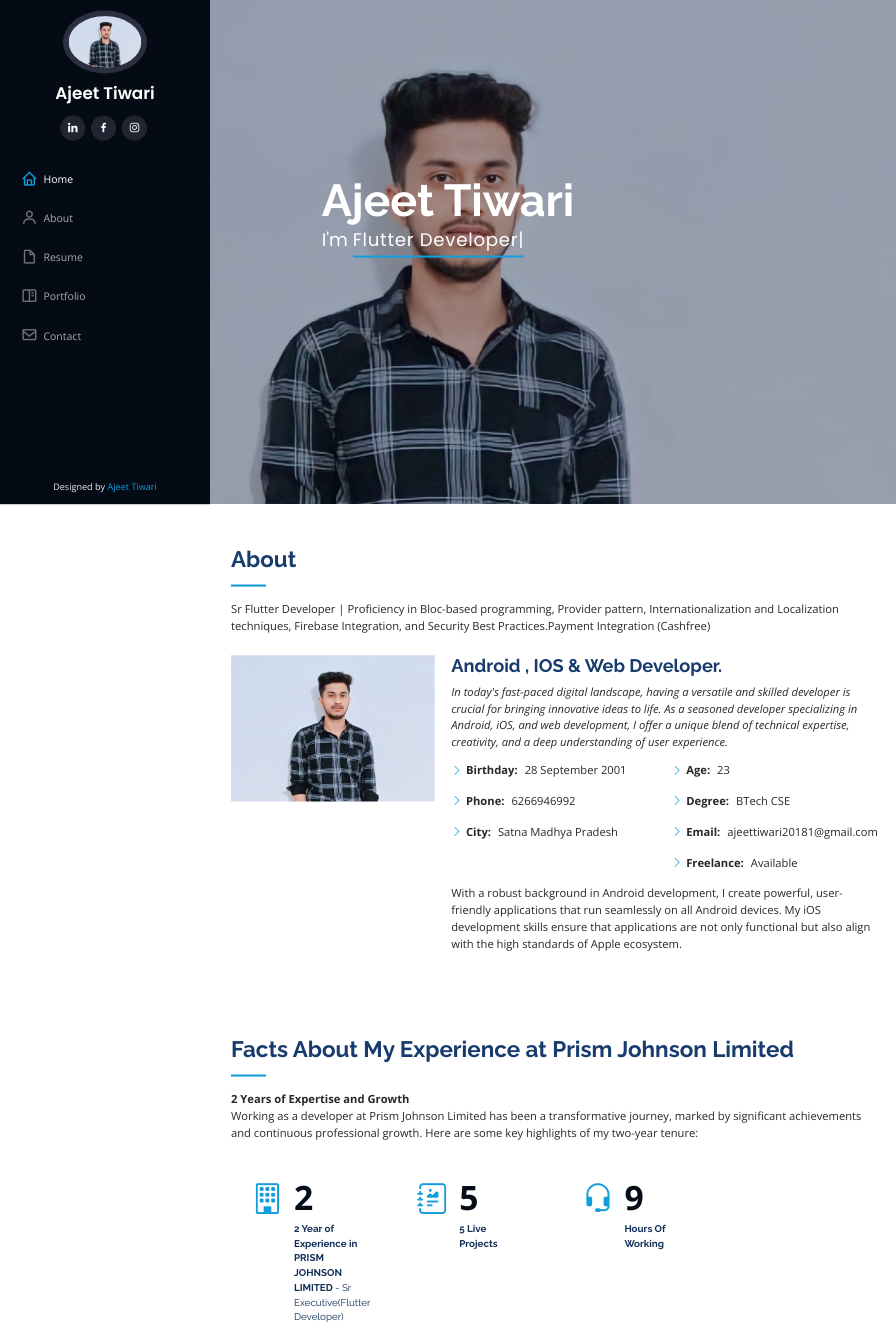
Repository: ajeettiwari-2809/iPortfolio
Page: index.html
An editor plug-in stored every save of this project. The page is shown before and after the next save, followed by the edit.
The browser window is 1280 px wide. The pictures show the part of the page from y = 0 to 1920 px (the page is 5395 px tall), at 70% of full size.
A picture or video elsewhere on the page could not be fetched, so the positions and the page height are approximate. Backgrounds fixed to the window are drawn as part of the page.

Above is the page before, as saved 2024-06-05 15:17:03.

### index.html
<!DOCTYPE html>
<html lang="en">

<head>
  <meta charset="utf-8">
  <meta content="width=device-width, initial-scale=1.0" name="viewport">

  <title>myportfolio</title>
  <meta content="" name="description">
  <meta content="" name="keywords">

  <!-- Favicons -->


  <!-- Google Fonts -->
  <link href="https://fonts.googleapis.com/css?family=Open+Sans:300,300i,400,400i,600,600i,700,700i|Raleway:300,300i,400,400i,500,500i,600,600i,700,700i|Poppins:300,300i,400,400i,500,500i,600,600i,700,700i" rel="stylesheet">

  <!-- Vendor CSS Files -->
  <link href="assets/vendor/aos/aos.css" rel="stylesheet">
  <link href="assets/vendor/bootstrap/css/bootstrap.min.css" rel="stylesheet">
  <link href="assets/vendor/bootstrap-icons/bootstrap-icons.css" rel="stylesheet">
  <link href="assets/vendor/boxicons/css/boxicons.min.css" rel="stylesheet">
  <link href="assets/vendor/glightbox/css/glightbox.min.css" rel="stylesheet">
  <link href="assets/vendor/swiper/swiper-bundle.min.css" rel="stylesheet">

  <!-- Template Main CSS File -->
  <link href="assets/css/style.css" rel="stylesheet">

  <!-- =======================================================
  * Template Name: iPortfolio
  * Template URL: https://bootstrapmade.com/iportfolio-bootstrap-portfolio-websites-template/
  * Updated: Mar 17 2024 with Bootstrap v5.3.3
  * Author: BootstrapMade.com
  * License: https://bootstrapmade.com/license/
  ======================================================== -->
</head>

<body>

  <!-- ======= Mobile nav toggle button ======= -->
  <i class="bi bi-list mobile-nav-toggle d-xl-none"></i>

  <!-- ======= Header ======= -->
  <header id="header">
    <div class="d-flex flex-column">

      <div class="profile">
        <img src="assets/img/ajeetimage.png" alt="" class="img-fluid rounded-circle">
        <h1 class="text-light"><a href="index.html">Ajeet Tiwari</a></h1>
        <div class="social-links mt-3 text-center">
          <a href="https://www.linkedin.com/in/ajeet-tiwari-01905920b?utm_source=share&utm_campaign=share_via&utm_content=profile&utm_medium=ios_app" class="linkedin"><i class="bx bxl-linkedin"></i></a>
          <a href="https://www.facebook.com/share/cY1Q29HqS226Du95/?mibextid=LQQJ4d" class="facebook"><i class="bx bxl-facebook"></i></a>
          <a href="https://www.instagram.com/ajeettiwari____?igsh=a3J4eXc4cG4yYWhu&utm_source=qr" class="instagram"><i class="bx bxl-instagram"></i></a>




        </div>
      </div>

      <nav id="navbar" class="nav-menu navbar">
        <ul>
          <li><a href="#hero" class="nav-link scrollto active"><i class="bx bx-home"></i> <span>Home</span></a></li>
          <li><a href="#about" class="nav-link scrollto"><i class="bx bx-user"></i> <span>About</span></a></li>
          <li><a href="#resume" class="nav-link scrollto"><i class="bx bx-file-blank"></i> <span>Resume</span></a></li>
          <li><a href="#portfolio" class="nav-link scrollto"><i class="bx bx-book-content"></i> <span>Portfolio</span></a></li>
          <!-- <li><a href="#services" class="nav-link scrollto"><i class="bx bx-server"></i> <span>Services</span></a></li> -->
          <li><a href="#contact" class="nav-link scrollto"><i class="bx bx-envelope"></i> <span>Contact</span></a></li>
        </ul>
      </nav><!-- .nav-menu -->
    </div>
  </header><!-- End Header -->

  <!-- ======= Hero Section ======= -->
  <section id="hero" class="d-flex flex-column justify-content-center align-items-center" style="background-image: url(assets/img/ajeetimage.png);">
    <div class="hero-container" data-aos="fade-in">
      <h1>Ajeet Tiwari</h1>
      <p>I'm <span class="typed" data-typed-items="Sr. Executive, Flutter Developer, Freelancer, Web Developer"></span></p>
    </div>
    <p></p>
  </section><!-- End Hero -->

  <main id="main">

    <!-- ======= About Section ======= -->
    <section id="about" class="about">
      <div class="container">

        <div class="section-title">
          <h2>About</h2>
          <p>Sr Flutter Developer | Proficiency in Bloc-based programming, Provider pattern, Internationalization and Localization techniques, Firebase Integration, and Security Best Practices.Payment Integration (Cashfree)</p>
        </div>

        <div class="row">
          <div class="col-lg-4" data-aos="fade-right">
            <img src="assets/img/ajeetimage.png" class="img-fluid" alt="">
          </div>
          <div class="col-lg-8 pt-4 pt-lg-0 content" data-aos="fade-left">
            <h3>Android , IOS &amp; Web Developer.</h3>
            <p class="fst-italic">
              In today's fast-paced digital landscape, having a versatile and skilled developer is crucial for bringing innovative ideas to life. As a seasoned developer specializing in Android, iOS, and web development, I offer a unique blend of technical expertise, creativity, and a deep understanding of user experience.
            </p>
            <div class="row">
              <div class="col-lg-6">
                <ul>
                  <li><i class="bi bi-chevron-right"></i> <strong>Birthday:</strong> <span>28 September 2001</span></li>

                  <li><i class="bi bi-chevron-right"></i> <strong>Phone:</strong> <span>6266946992</span></li>
                  <li><i class="bi bi-chevron-right"></i> <strong>City:</strong> <span>Satna Madhya Pradesh</span></li>
                </ul>
              </div>
              <div class="col-lg-6">
                <ul>
                  <li><i class="bi bi-chevron-right"></i> <strong>Age:</strong> <span>23</span></li>
                  <li><i class="bi bi-chevron-right"></i> <strong>Degree:</strong> <span>BTech CSE</span></li>
                  <li><i class="bi bi-chevron-right"></i> <strong>Email:</strong> <span>ajeettiwari20181@gmail.com</span></li>
                  <li><i class="bi bi-chevron-right"></i> <strong>Freelance:</strong> <span>Available</span></li>
                </ul>
              </div>
            </div>
            <p>
              With a robust background in Android development, I create powerful, user-friendly applications that run seamlessly on all Android devices.

            My iOS development skills ensure that applications are not only functional but also align with the high standards of Apple ecosystem.
            </p>
          </div>
        </div>

      </div>
    </section><!-- End About Section -->

    <!-- ======= Facts Section ======= -->
    <section id="facts" class="facts">
      <div class="container">

        <div class="section-title">
          <h2>Facts About My Experience at Prism Johnson Limited
          </h2>
          <b>2 Years of Expertise and Growth</b>
          <p>Working as a developer at Prism Johnson Limited has been a transformative journey, marked by significant achievements and continuous professional growth. Here are some key highlights of my two-year tenure:</p>
        </div>

        <div class="row no-gutters">

          <div class="col-lg-3 col-md-6 d-md-flex align-items-md-stretch" data-aos="fade-up">
            <div class="count-box">
              <i class="bi bi-building"></i>
 <span data-purecounter-start="0" data-purecounter-end="2 " data-purecounter-duration="1" class="purecounter"></span>
              <p><strong>2 Year of Experience in PRISM JOHNSON LIMITED</strong>  - Sr Executive(Flutter Developer)</p>
            </div>
          </div>

          <div class="col-lg-3 col-md-6 d-md-flex align-items-md-stretch" data-aos="fade-up" data-aos-delay="100">
            <div class="count-box">
              <i class="bi bi-journal-richtext"></i>
              <span data-purecounter-start="0" data-purecounter-end="5" data-purecounter-duration="1" class="purecounter"></span>
              <p><strong>5 Live  Projects</strong></p>
            </div>
          </div>

          <div class="col-lg-3 col-md-6 d-md-flex align-items-md-stretch" data-aos="fade-up" data-aos-delay="200">
            <div class="count-box">
              <i class="bi bi-headset"></i>
              <span data-purecounter-start="0" data-purecounter-end="9" data-purecounter-duration="1" class="purecounter"></span>
              <p><strong>Hours Of Working</strong> </p>
            </div>
          </div>



        </div>

      </div>
    </section><!-- End Facts Section -->

    <!-- ======= Skills Section ======= -->
    <section id="skills" class="skills section-bg">
      <div class="container">

        <div class="section-title">
          <h2>Comprehensive Skill Set: Your Go-To Developer for Android, iOS, and Web Solutions</h2>
          <b>Mastering the Art of Development</b>
          <p>In the dynamic field of technology, having a diverse and robust skill set is essential to stay ahead of the curve. With a solid foundation and continuous learning, I have developed a comprehensive range of skills across Android, iOS, and web development. Here’s a detailed look at my key competencies:</p>
        </div>

        <div class="row skills-content">

          <div class="col-lg-6" data-aos="fade-up">

            <div class="progress">
              <span class="skill">FLUTTER & DART   <i class="val">100%</i></span>
              <div class="progress-bar-wrap">
                <div class="progress-bar" role="progressbar" aria-valuenow="100" aria-valuemin="0" aria-valuemax="100"></div>
              </div>
            </div>

            <div class="progress">
              <span class="skill">HTML & CSS <i class="val">95%</i></span>
              <div class="progress-bar-wrap">
                <div class="progress-bar" role="progressbar" aria-valuenow="90" aria-valuemin="0" aria-valuemax="100"></div>
              </div>
            </div>

            <div class="progress">
              <span class="skill">Java<i class="val">70%</i></span>
              <div class="progress-bar-wrap">
                <div class="progress-bar" role="progressbar" aria-valuenow="75" aria-valuemin="0" aria-valuemax="100"></div>
              </div>
            </div>

          </div>

          <div class="col-lg-6" data-aos="fade-up" data-aos-delay="100">

            <div class="progress">
              <span class="skill">ANGULAR <i class="val">90%</i></span>
              <div class="progress-bar-wrap">
                <div class="progress-bar" role="progressbar" aria-valuenow="80" aria-valuemin="0" aria-valuemax="100"></div>
              </div>
            </div>

            <div class="progress">
              <span class="skill">DATA STRUCTURE & ALGORITHAM<i class="val">50%</i></span>
              <div class="progress-bar-wrap">
                <div class="progress-bar" role="progressbar" aria-valuenow="90" aria-valuemin="0" aria-valuemax="100"></div>
              </div>
            </div>



          </div>

        </div>

      </div>
    </section><!-- End Skills Section -->

   <!-- REsume section -->

    <section id="resume" class="resume">
      <div class="container">

        <div class="section-title">
          <h2>Resume</h2>
          <p>Versatile Android, iOS, and Web Developer with Proven Track Record in Delivering High-Quality Projects On Time.</p>
        </div>

        <div class="row">
          <div class="col-lg-12" data-aos="fade-up">
            <iframe src="assets/resume.pdf" width="100%" height="600px" style="border: none;"></iframe>
          </div>
        </div>

      </div>
    </section>


    <!-- ======= Portfolio Section ======= -->
    <section id="portfolio" class="portfolio section-bg">
      <div class="container">

        <div class="section-title">
          <h2>My Portfolio: Showcasing Innovation and Excellence in Android, iOS, and Web Development</h2>
          <p>As a dedicated developer with a passion for creating seamless and impactful digital experiences, my portfolio is a testament to my skills, creativity, and commitment to excellence. Here, you'll find a selection of my most significant projects, each highlighting my expertise in Android, iOS, and web development.</p>
        </div>

        <div class="row" data-aos="fade-up">
          <div class="col-lg-12 d-flex justify-content-center">
            <ul id="portfolio-flters">
              <li data-filter="*" class="filter-active">All</li>
              <li data-filter=".filter-app">App</li>

              <li data-filter=".filter-web">Web</li>
            </ul>
          </div>
        </div>

        <div class="row portfolio-container" data-aos="fade-up" data-aos-delay="100">

          <div class="col-lg-4 col-md-6 portfolio-item filter-app">
            <div class="portfolio-wrap"  style="height: 300px;">
              <img src="https://encrypted-tbn0.gstatic.com/images?q=tbn:ANd9GcQEhpZyL2tw1JmrYVNpmJJKZMkWOTEFITJp1g&s" class="img-fluid" alt="">
              <div class="portfolio-links">
                <a href="https://play.google.com/store/search?q=prism%20aspire&c=apps&hl=en-IN"  title="Prism Aspire"><i class="bx bxl-android"></i>
                </a>
                <a href="aspire.html" title="More Details"><i class="bx bx-link"></i></a>
              </div>
            </div>
          </div>

          <div class="col-lg-4 col-md-6 portfolio-item filter-app">
            <div class="portfolio-wrap"  style="height: 300px;">
              <img src="assets/img/insapp.png" class="img-fluid" alt="">
              <div class="portfolio-links">
                <a href="https://play.google.com/store/apps/details?id=com.seva.indica&hl=en-IN"  title="Indica Labs"><i class="bx bxl-android"></i>
                </a>
                <a href="" title="More Details"><i class="bx bx-link"></i></a>
              </div>
            </div>
          </div>

          <div class="col-lg-4 col-md-6 portfolio-item filter-web">
            <div class="portfolio-wrap">
              <img src="assets/img/aspireweb.png" class="img-fluid" alt="">
              <div class="portfolio-links">
                <a href="https://aspire.prismcement.com/" title="Web 3"><i class="bx bx-plus"></i></a>
                <a href="aspireweb.html" title="More Details"><i class="bx bx-link"></i></a>
              </div>
            </div>
          </div>





          <div class="col-lg-4 col-md-6 portfolio-item filter-web">
            <div class="portfolio-wrap">
              <img src="assets/img/aspireweb1.png"class="img-fluid" alt="">
              <div class="portfolio-links">
                <a href="https://asms.prismcement.com/" title="Web 2"><i class="bx bx-plus"></i></a>
                <a href="asms.html" title="More Details"><i class="bx bx-link"></i></a>
              </div>
            </div>
          </div>







          <div class="col-lg-4 col-md-6 portfolio-item filter-web">
            <div class="portfolio-wrap">
              <img src="assets/img/indweb.png" class="img-fluid" alt="">
              <div class="portfolio-links">
                <a href="https://www.indicalabs.in/"  title="Web 3"><i class="bx bx-plus"></i></a>
                <a href="" title="More Details"><i class="bx bx-link"></i></a>
              </div>
            </div>
          </div>

        </div>

      </div>
    </section><!-- End Portfolio Section -->

    <!-- ======= Services Section ======= -->

    <!-- ======= Testimonials Section ======= -->


    <!-- ======= Contact Section ======= -->
    <section id="contact" class="contact">
      <div class="container">

        <div class="section-title">
          <h2>Contact Details</h2>
          <p>Having clear and accessible contact details is essential for any business or organization. It facilitates communication between the business and its customers, partners, or any interested parties.</p>
        </div>

        <div class="row" data-aos="fade-in">

          <div class="col-lg-5 d-flex align-items-stretch">
            <div class="info">
              <div class="address">
                <i class="bi bi-geo-alt"></i>
                <h4>Location:</h4>
                <p>SATNA MADHYA PRADESH , north pateri (near VITS Collage)</p>
              </div>

              <div class="email">
                <i class="bi bi-envelope"></i>
                <h4>Email:</h4>
                <p>ajeettiwari20181@gmail.com</p>
              </div>

              <div class="phone">
                <i class="bi bi-phone"></i>
                <h4>Call:</h4>
                <p>6266946992</p>
              </div>

              <iframe
              src="https://www.google.com/maps/embed?pb=!1m18!1m12!1m3!1d3650.9641726063856!2d80.8057675!3d24.580446!2m3!1f0!2f0!3f0!3m2!1i1024!2i768!4f13.1!3m3!1m2!1s0x3983807ecde0a2d7%3A0x99a9d33eb61fc70d!2sNorth+Pateri%2C+Satna%2C+Madhya+Pradesh+485001!5e0!3m2!1sen!2sin!4v1624269371519!5m2!1sen!2sin"
              width="600"
              height="450"
              style="border:0;"
              allowfullscreen=""
              loading="lazy"
            ></iframe>
            </div>

          </div>



        </div>

      </div>
    </section><!-- End Contact Section -->

  </main><!-- End #main -->

  <!-- ======= Footer ======= -->
  <footer id="footer">
    <div class="container">

      <div class="credits">
        <!-- All the links in the footer should remain intact. -->
        <!-- You can delete the links only if you purchased the pro version. -->
        <!-- Licensing information: https://bootstrapmade.com/license/ -->
        <!-- Purchase the pro version with working PHP/AJAX contact form: https://bootstrapmade.com/iportfolio-bootstrap-portfolio-websites-template/ -->
        Designed by <a href="">Ajeet Tiwari</a>
      </div>
    </div>
  </footer><!-- End  Footer -->

  <a href="#" class="back-to-top d-flex align-items-center justify-content-center"><i class="bi bi-arrow-up-short"></i></a>

  <!-- Vendor JS Files -->
  <script src="assets/vendor/purecounter/purecounter_vanilla.js"></script>
  <script src="assets/vendor/aos/aos.js"></script>
  <script src="assets/vendor/bootstrap/js/bootstrap.bundle.min.js"></script>
  <script src="assets/vendor/glightbox/js/glightbox.min.js"></script>
  <script src="assets/vendor/isotope-layout/isotope.pkgd.min.js"></script>
  <script src="assets/vendor/swiper/swiper-bundle.min.js"></script>
  <script src="assets/vendor/typed.js/typed.umd.js"></script>
  <script src="assets/vendor/waypoints/noframework.waypoints.js"></script>
  <script src="assets/vendor/php-email-form/validate.js"></script>

  <!-- Template Main JS File -->
  <script src="assets/js/main.js"></script>

</body>

</html>

Loaded but not shown: assets/vendor/aos/aos.css (library); assets/vendor/bootstrap/css/bootstrap.min.css (library); assets/vendor/bootstrap-icons/bootstrap-icons.css (library); assets/vendor/boxicons/css/boxicons.min.css (library); assets/vendor/glightbox/css/glightbox.min.css (library); assets/vendor/swiper/swiper-bundle.min.css (library); assets/vendor/purecounter/purecounter_vanilla.js (library); assets/vendor/aos/aos.js (library); assets/vendor/bootstrap/js/bootstrap.bundle.min.js (library); assets/vendor/glightbox/js/glightbox.min.js (library); assets/vendor/isotope-layout/isotope.pkgd.min.js (library); assets/vendor/swiper/swiper-bundle.min.js (library); assets/vendor/typed.js/typed.umd.js (library); assets/vendor/waypoints/noframework.waypoints.js (library); assets/vendor/php-email-form/validate.js (common file); assets/js/main.js (263 lines, source omitted); assets/css/style.css (1106 lines, source omitted)

After the next save:
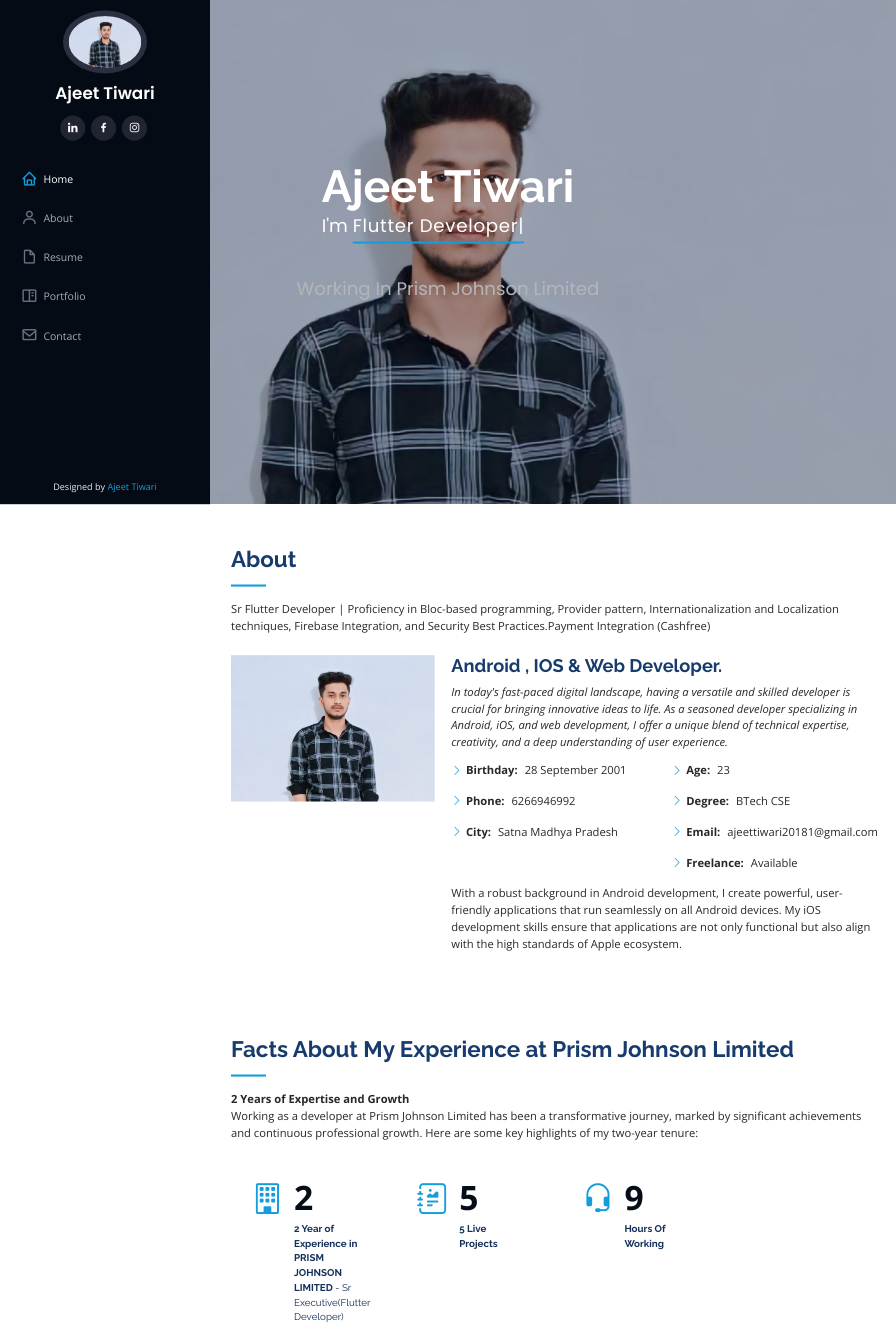
Saved 4 min 16 s later.
--- a/index.html
+++ b/index.html
@@ -77,7 +77,7 @@
       <h1>Ajeet Tiwari</h1>
       <p>I'm <span class="typed" data-typed-items="Sr. Executive, Flutter Developer, Freelancer, Web Developer"></span></p>
     </div>
-    <p></p>
+    <p>Working In Prism Johnson Limited</p>
   </section><!-- End Hero -->
 
   <main id="main">
